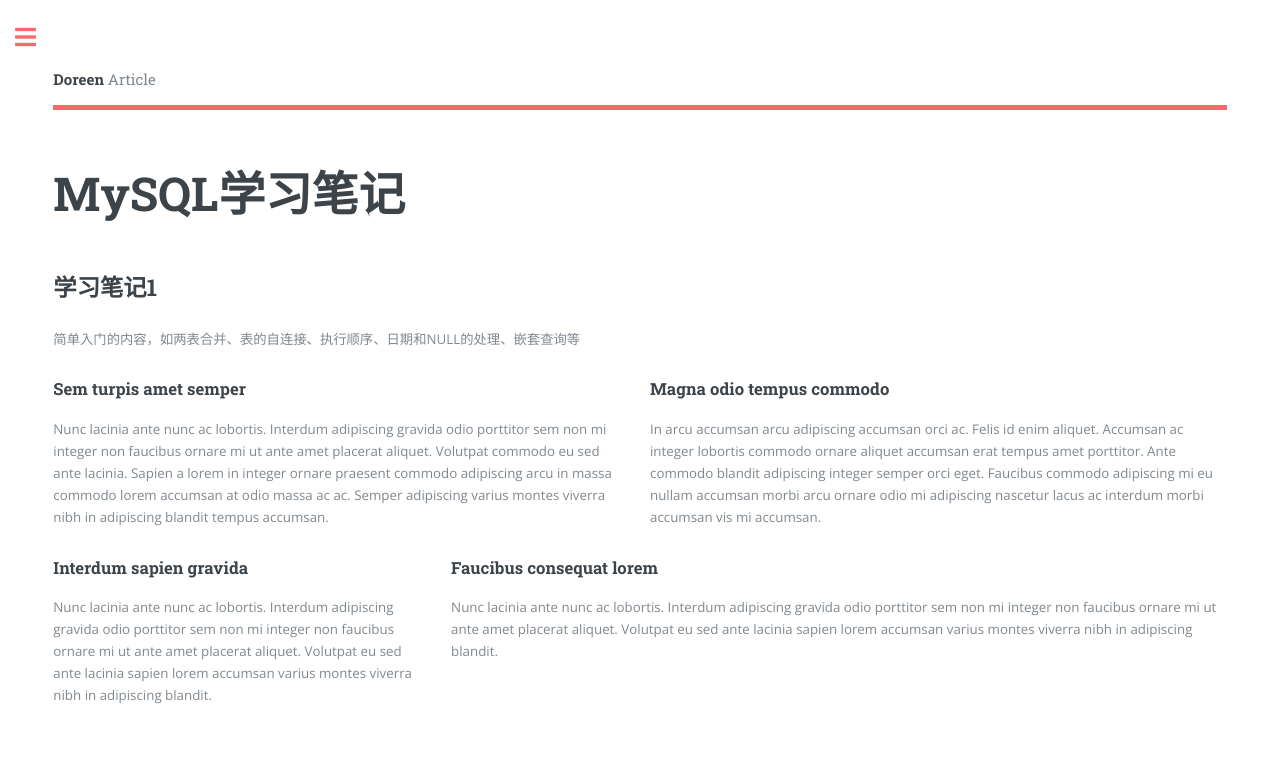
Repository: Hpz3859/Hpz3859.github.io
Page: mysql.html
The author's editor kept a copy of each file at every save. The page is drawn from the files as they stood at one save, then again after the next save.
The browser window is 1280 px wide. The pictures show the whole page.

Above is the page before, as saved 2025-03-19 13:59:36.

### mysql.html
<!DOCTYPE HTML>
<!--
	Editorial by HTML5 UP
	html5up.net | @ajlkn
	Free for personal and commercial use under the CCA 3.0 license (html5up.net/license)
-->
<html>
	<head>
		<title>Doreen MySQL note</title>
		<meta charset="utf-8" />
		<meta name="viewport" content="width=device-width, initial-scale=1, user-scalable=no" />
		<link rel="stylesheet" href="assets/css/main.css" />
	</head>
	<body class="is-preload">

		<!-- Wrapper -->
			<div id="wrapper">

				<!-- Main -->
					<div id="main">
						<div class="inner">

							<!-- Header -->
								<header id="header">
									<a href="index.html" class="logo"><strong>Doreen</strong> Article</a>
									<!--
									<ul class="icons">
										<li><a href="#" class="icon brands fa-twitter"><span class="label">Twitter</span></a></li>
										<li><a href="#" class="icon brands fa-facebook-f"><span class="label">Facebook</span></a></li>
										<li><a href="#" class="icon brands fa-snapchat-ghost"><span class="label">Snapchat</span></a></li>
										<li><a href="#" class="icon brands fa-instagram"><span class="label">Instagram</span></a></li>
										<li><a href="#" class="icon brands fa-medium-m"><span class="label">Medium</span></a></li>
									</ul>
									-->
								</header>

							<!-- Content -->
								<section>
									<header class="main">
										<h1>MySQL学习笔记</h1>
									</header>
										<!-- Content -->
										<h2 id="content">学习笔记1</h2>
										<p>简单入门的内容，如两表合并、表的自连接、执行顺序、日期和NULL的处理、嵌套查询等</p>
										<div class="row">
											<div class="col-6 col-12-small">
												<h3>Sem turpis amet semper</h3>
												<p>Nunc lacinia ante nunc ac lobortis. Interdum adipiscing gravida odio porttitor sem non mi integer non faucibus ornare mi ut ante amet placerat aliquet. Volutpat commodo eu sed ante lacinia. Sapien a lorem in integer ornare praesent commodo adipiscing arcu in massa commodo lorem accumsan at odio massa ac ac. Semper adipiscing varius montes viverra nibh in adipiscing blandit tempus accumsan.</p>
											</div>
											<div class="col-6 col-12-small">
												<h3>Magna odio tempus commodo</h3>
												<p>In arcu accumsan arcu adipiscing accumsan orci ac. Felis id enim aliquet. Accumsan ac integer lobortis commodo ornare aliquet accumsan erat tempus amet porttitor. Ante commodo blandit adipiscing integer semper orci eget. Faucibus commodo adipiscing mi eu nullam accumsan morbi arcu ornare odio mi adipiscing nascetur lacus ac interdum morbi accumsan vis mi accumsan.</p>
											</div>
											<!-- Break -->
											<div class="col-4 col-12-medium">
												<h3>Interdum sapien gravida</h3>
												<p>Nunc lacinia ante nunc ac lobortis. Interdum adipiscing gravida odio porttitor sem non mi integer non faucibus ornare mi ut ante amet placerat aliquet. Volutpat eu sed ante lacinia sapien lorem accumsan varius montes viverra nibh in adipiscing blandit.</p>
											</div>
											<div class="col-8 col-12-medium">
												<h3>Faucibus consequat lorem</h3>
												<p>Nunc lacinia ante nunc ac lobortis. Interdum adipiscing gravida odio porttitor sem non mi integer non faucibus ornare mi ut ante amet placerat aliquet. Volutpat eu sed ante lacinia sapien lorem accumsan varius montes viverra nibh in adipiscing blandit.</p>
											</div>

								</section>

						</div>
					</div>

				<!-- Sidebar -->
					<div id="sidebar">
						<div class="inner">

							<!-- Search -->
								<section id="search" class="alt">
									<form method="post" action="#">
										<input type="text" name="query" id="query" placeholder="Search" />
									</form>
								</section>

							<!-- Menu -->
								<nav id="menu">
									<header class="major">
										<h2>目录</h2>
									</header>
									<ul>
										<li><a href="index.html">主页</a></li>
										<li>
											<span class="opener">过往经历</span>
											<ul>
												<li><a href="resume.html">个人简历</a></li>
												<li><a href="#">项目笔记</a></li>
												<li><a href="mysql.html">MySQL学习笔记</a></li>
											</ul>
											<span class="opener">文章</span>
											<ul>
												<li><a href="#">过往经历</a></li>
												<li><a href="#">数据挖掘</a></li>
												<li><a href="#">量化与投资</a></li>
												<li><a href="#">随笔</a></li>
											</ul>
										</li>
										<li><a href="#">视频</a></li>
									</ul>
								</nav>


							<!-- Section -->
								<section>
									<header class="major">
										<h2>联系我</h2>
									</header>
									<p> </p>
									<ul class="contact">
										<li class="icon solid fa-envelope"><a href="#">h18286003859@163.com</a></li>
										<li class="icon solid fa-phone">(+86)13001993255</li>
										<!-- 地址
										<li class="icon solid fa-home"></li>
										-->
									</ul>
								</section>

							<!-- Footer -->
							 <!--
								<footer id="footer">
									<p class="copyright">&copy; Untitled. All rights reserved. Demo Images: <a href="https://unsplash.com">Unsplash</a>. Design: <a href="https://html5up.net">HTML5 UP</a>.</p>
								</footer>
							-->

						</div>
					</div>

			</div>

		<!-- Scripts -->
			<script src="assets/js/jquery.min.js"></script>
			<script src="assets/js/browser.min.js"></script>
			<script src="assets/js/breakpoints.min.js"></script>
			<script src="assets/js/util.js"></script>
			<script src="assets/js/main.js"></script>

	</body>
</html>

Loaded but not shown: assets/js/jquery.min.js (library); assets/js/browser.min.js (common file); assets/js/breakpoints.min.js (common file); assets/css/fontawesome-all.min.css (library); assets/js/util.js (587 lines, source omitted); assets/js/main.js (262 lines, source omitted); assets/css/main.css (2273 lines, source omitted)

After the next save:
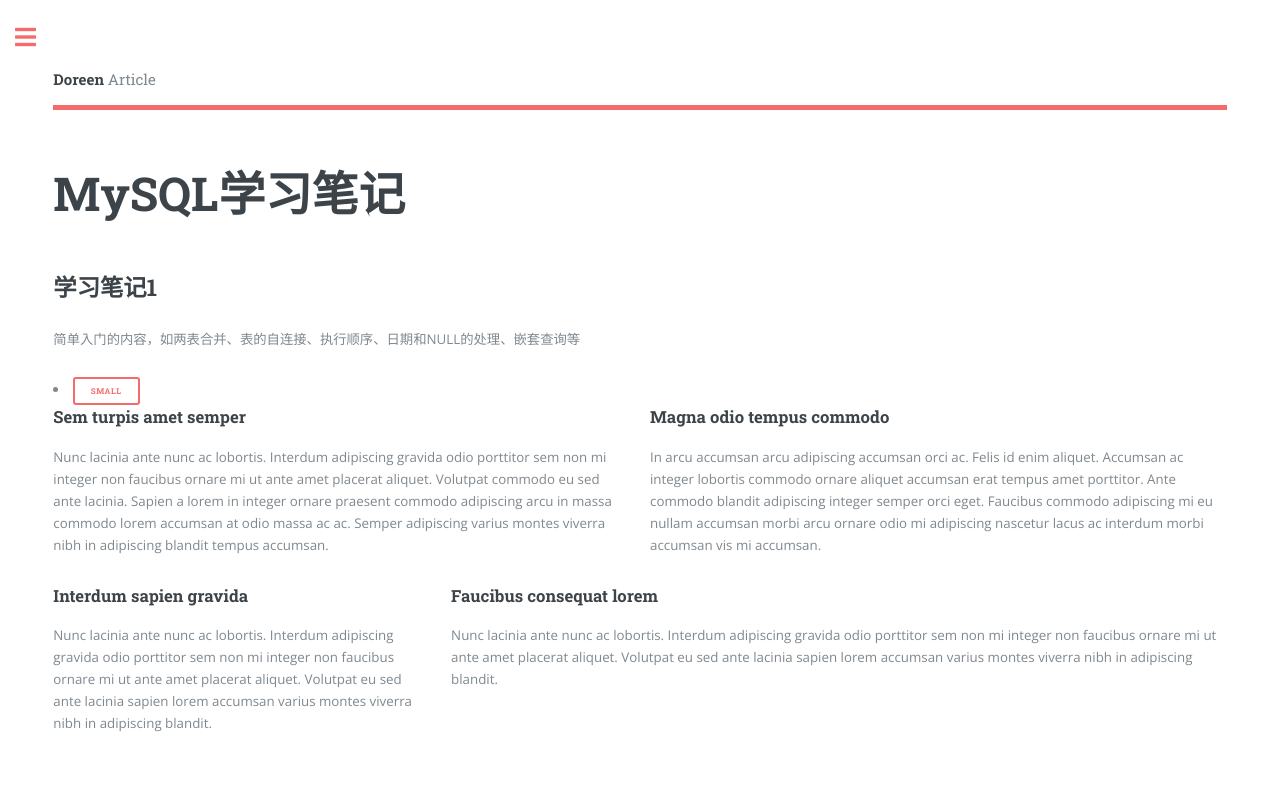
Saved 2 min 40 s later.
--- a/mysql.html
+++ b/mysql.html
@@ -42,6 +42,7 @@
 										<!-- Content -->
 										<h2 id="content">学习笔记1</h2>
 										<p>简单入门的内容，如两表合并、表的自连接、执行顺序、日期和NULL的处理、嵌套查询等</p>
+										<li><a href="#" class="button small">Small</a></li>
 										<div class="row">
 											<div class="col-6 col-12-small">
 												<h3>Sem turpis amet semper</h3>
